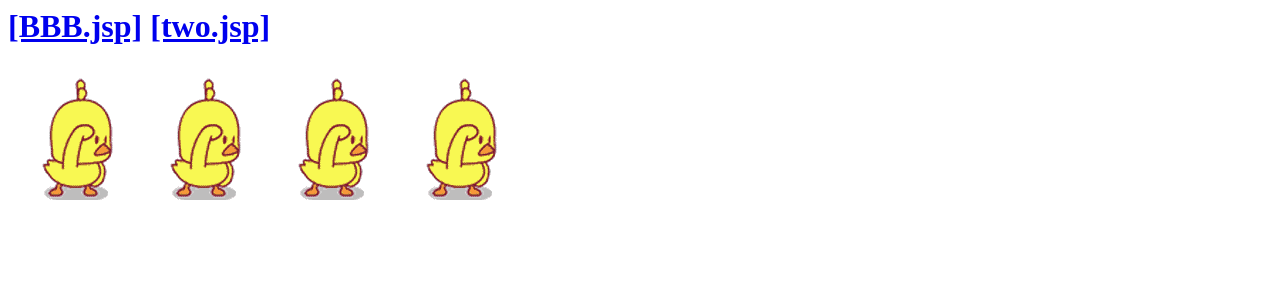
Repository: sorakazae/ITBANK_JSP_101
Page: http://localhost/Web0517/openID.jsp
The author's editor kept a copy of each file at every save. The page is drawn from the files as they stood at one save, then again after the next save.
The browser window is 1280 px wide. The pictures show the whole page.
The page is served by Tomcat 9.

Above is the page before, as saved 2014-05-31 01:14:49.

### day8/my/Web0517/WebContent/openID.jsp
<%@ page language="java" contentType="text/html; charset=EUC-KR"
    pageEncoding="EUC-KR"%>

<html>
<head>
<title> [AAA.jsp]</title>
</head>
<%
	// int Gsabun=RS.getInt("sabun"); // twoList.jsp
	int Gsabun=2233; // DB에서 사번필드값가져와서 twoDetail.jsp에 넘기기
%>

<body>

	<h1>
	  <a href="BBB.jsp?idx=<%= Gsabun %>">[BBB.jsp]</a>
	  <a href="two.jsp">[two.jsp]</a>
	</h1>
	<p>
	<img src="images/aaa.gif">
	<img src="images/aaa.gif">
	<img src="images/aaa.gif">
	<img src="images/aaa.gif">

</body>
</html>

After the next save:
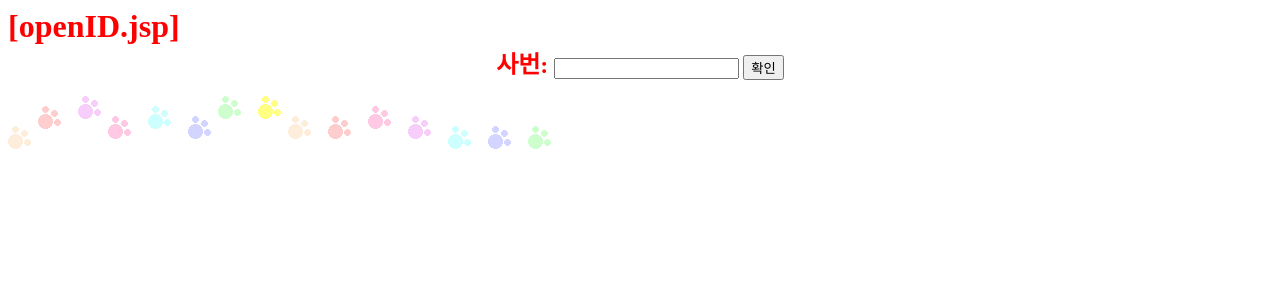
Saved 5 min 34 s later.
--- a/day8/my/Web0517/WebContent/openID.jsp
+++ b/day8/my/Web0517/WebContent/openID.jsp
@@ -3,24 +3,21 @@
 
 <html>
 <head>
-<title> [AAA.jsp]</title>
+<title></title>
 </head>
-<%
-	// int Gsabun=RS.getInt("sabun"); // twoList.jsp
-	int Gsabun=2233; // DB에서 사번필드값가져와서 twoDetail.jsp에 넘기기
-%>
+
 
 <body>
-
-	<h1>
-	  <a href="BBB.jsp?idx=<%= Gsabun %>">[BBB.jsp]</a>
-	  <a href="two.jsp">[two.jsp]</a>
-	</h1>
-	<p>
-	<img src="images/aaa.gif">
-	<img src="images/aaa.gif">
-	<img src="images/aaa.gif">
-	<img src="images/aaa.gif">
+ <font size=6 color=red> <b> [openID.jsp]</b></font>
+   <div align="center">
+	<form name="subform">
+	 <font size=5 color=red> <b> 사번:</b> </font>
+	 <input type=text name="id">
+	 <input type="submit" value="확인">
+    </form>
+   </div>
+  <p>
+	<img src="images/bar.gif">
 
 </body>
 </html>
